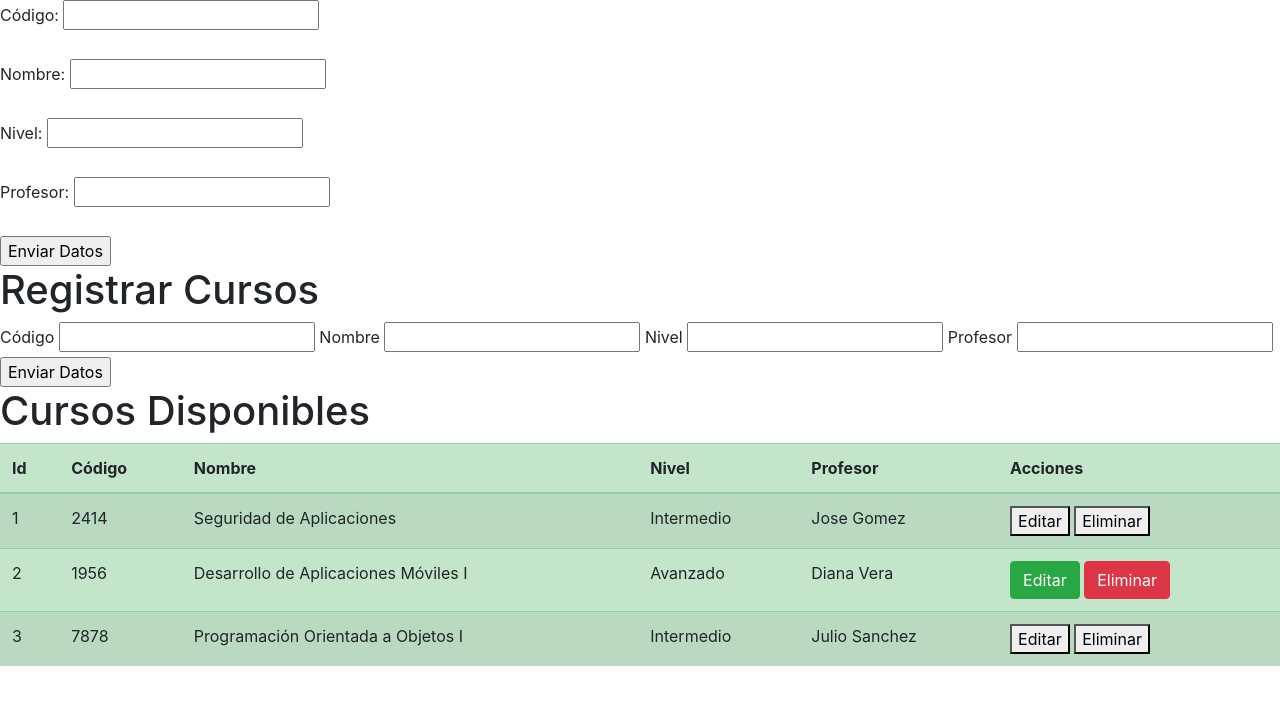
Repository: LuisCondori98/LP1-CIB
Page: http://localhost/Clase-01/demo.jsp
These files come from the project's save history. The page is drawn as it stood at one moment and after the next save; the edit follows.
The browser window is 1280 px wide. The pictures show the whole page.
The page is served by Tomcat 9.

Above is the page before, as saved 2025-01-11 15:15:37.

After the next save:
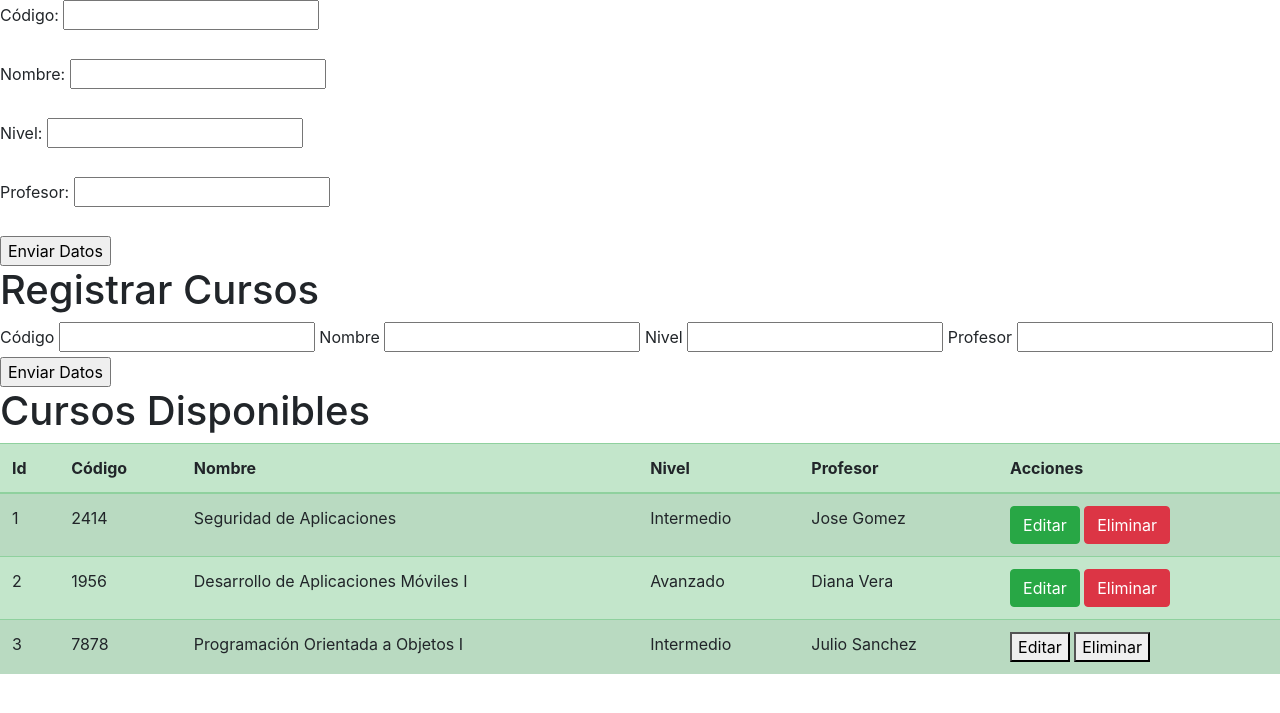
Saved 49 s later.
--- a/Clase-01/src/main/webapp/demo.jsp
+++ b/Clase-01/src/main/webapp/demo.jsp
@@ -119,9 +119,9 @@
 
                 <td class="acciones">
 
-                    <button>Editar</button>
+                    <button class="btn btn-success">Editar</button>
 
-                    <button>Eliminar</button>
+                    <button class="btn btn-danger">Eliminar</button>
 
                 </td>
 
